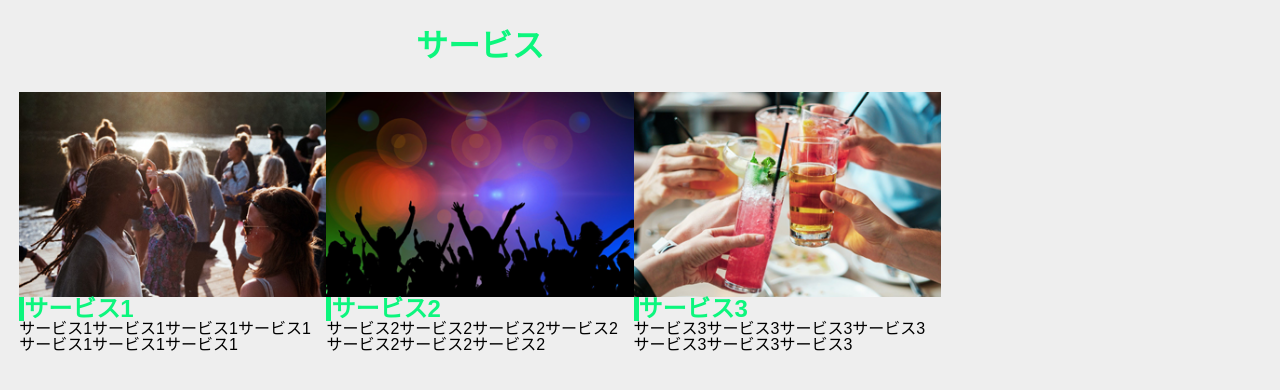
Repository: sonoyama01/dezasuta
Page: 第３回課題/work2/index.html
These files come from the project's save history. The page is drawn as it stood at one moment and after the next save; the edit follows.
The browser window is 1280 px wide. The pictures show the whole page.

Above is the page before, as saved 2024-04-27 23:05:08.

After the next save:
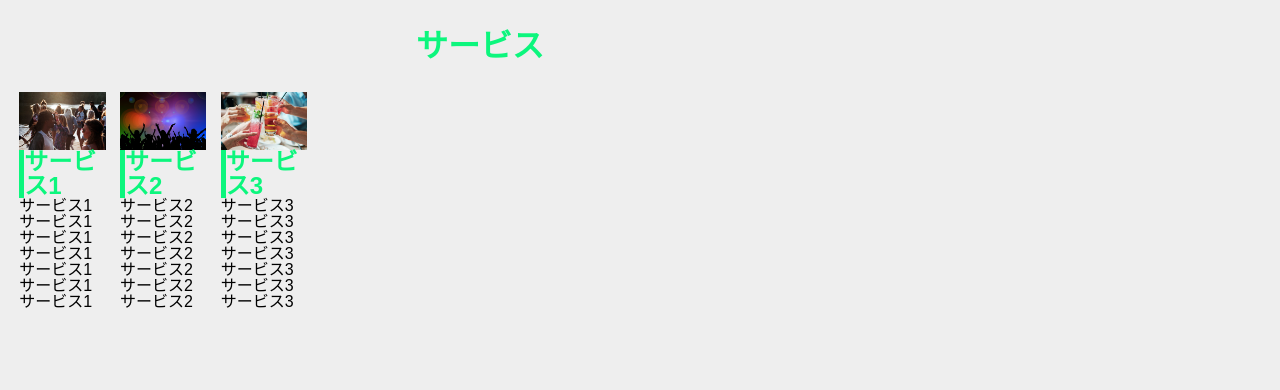
Saved 71 s later.
--- a/第３回課題/work2/css/style.css
+++ b/第３回課題/work2/css/style.css
@@ -15,8 +15,13 @@ h2 {
   color: rgb(12, 246, 125);
   border-left: 5px solid rgb(12, 246, 125);
 }
+
 .box {
   display: flex;
   justify-content: space-between;
   padding: 0 2%;
 }
+
+div {
+  width: 30%;
+}
